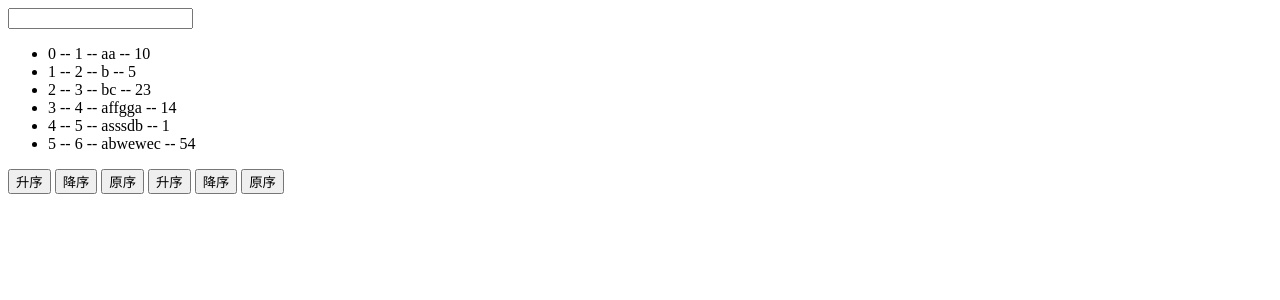
Repository: CodeHuai/vue_note
Page: 关于v-model以及计算属性的练习/index.html
An editor plug-in stored every save of this project. The page is shown before and after the next save, followed by the edit.
The browser window is 1280 px wide. The pictures show the whole page.

Above is the page before, as saved 2021-07-06 19:14:50.

### 关于v-model以及计算属性的练习/index.html
<!DOCTYPE html>
<html lang="en">

<head>
    <meta charset="UTF-8">
    <meta http-equiv="X-UA-Compatible" content="IE=edge">
    <meta name="viewport" content="width=device-width, initial-scale=1.0">
    <title>Document</title>
    <link rel="shortcut icon" href="../../logo.svg" type="image/x-icon">
</head>

<body>
    <div id="app">
        <input type="text" name="" v-model='info' id="">
        <ul>
            <li v-for='(item, index) in result' :key="item.id">
                {{index}} -- {{item.id}} -- {{item.name}} -- {{item.age}}
            </li>
        </ul>
        <button @click='searchType=1'>升序</button>
        <button @click='searchType=2'>降序</button>
        <button @click='searchType=0'>原序</button>
        <button @click='other(1)'>升序</button>
        <button @click='other(2)'>降序</button>
        <button @click='other(0)'>原序</button>
    </div>
    <script src="../js/vue.js"></script>
    <script>
        const app = new Vue({
            el: ' #app',
            data: {
                info: '',
                searchType: 0, // 0 -- 原序排序； 1 -- 升序排序； 2 -- 降序排序
                persons: [{
                        id: 1,
                        name: 'aa',
                        age: 10
                    }, {
                        id: 2,
                        name: 'b',
                        age: 5
                    },
                    {
                        id: 3,
                        name: 'bc',
                        age: 23
                    },
                    {
                        id: 4,
                        name: 'affgga',
                        age: 14
                    }, {
                        id: 5,
                        name: 'asssdb',
                        age: 1
                    },
                    {
                        id: 6,
                        name: 'abwewec',
                        age: 54
                    }
                ]
            },
            // 测试
            methods: {
                other(flag) {
                    const {
                        persons
                    } = this;
                    if (flag !== 0) {
                        if (flag == 1) {
                            persons.sort((a, b) => {
                                return a.age - b.age;
                            });
                        } else if (flag == 2) {
                            persons.sort((a, b) => {
                                return b.age - a.age;
                            });
                        }
                    } else {
                        return
                    }
                }
            },
            computed: {
                result() {
                    const {
                        info,
                        persons,
                        searchType
                    } = this;

                    const arr = persons.filter(item => {
                        return item.name.includes(info);
                    });


                    arr.sort((a, b) => {
                        if (searchType !== 0) {
                            if (searchType == 1) {
                                return a.age - b.age;
                            } else if (searchType == 2) {
                                return b.age - a.age;
                            }
                        }
                    });

                    return arr;
                }
            }
        });
    </script>
</body>

</html>

Loaded but not shown: js/vue.js (library)

After the next save:
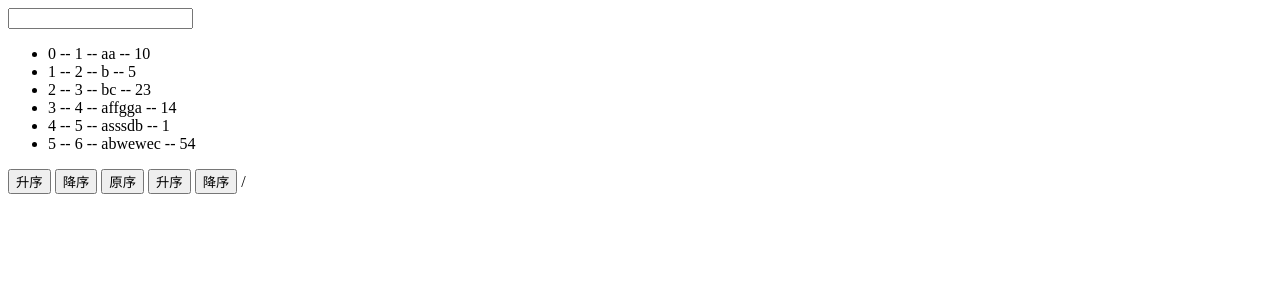
Saved 71 s later.
--- a/关于v-model以及计算属性的练习/index.html
+++ b/关于v-model以及计算属性的练习/index.html
@@ -22,7 +22,7 @@
         <button @click='searchType=0'>原序</button>
         <button @click='other(1)'>升序</button>
         <button @click='other(2)'>降序</button>
-        <button @click='other(0)'>原序</button>
+        /
     </div>
     <script src="../js/vue.js"></script>
     <script>
@@ -77,8 +77,6 @@
                                 return b.age - a.age;
                             });
                         }
-                    } else {
-                        return
                     }
                 }
             },
